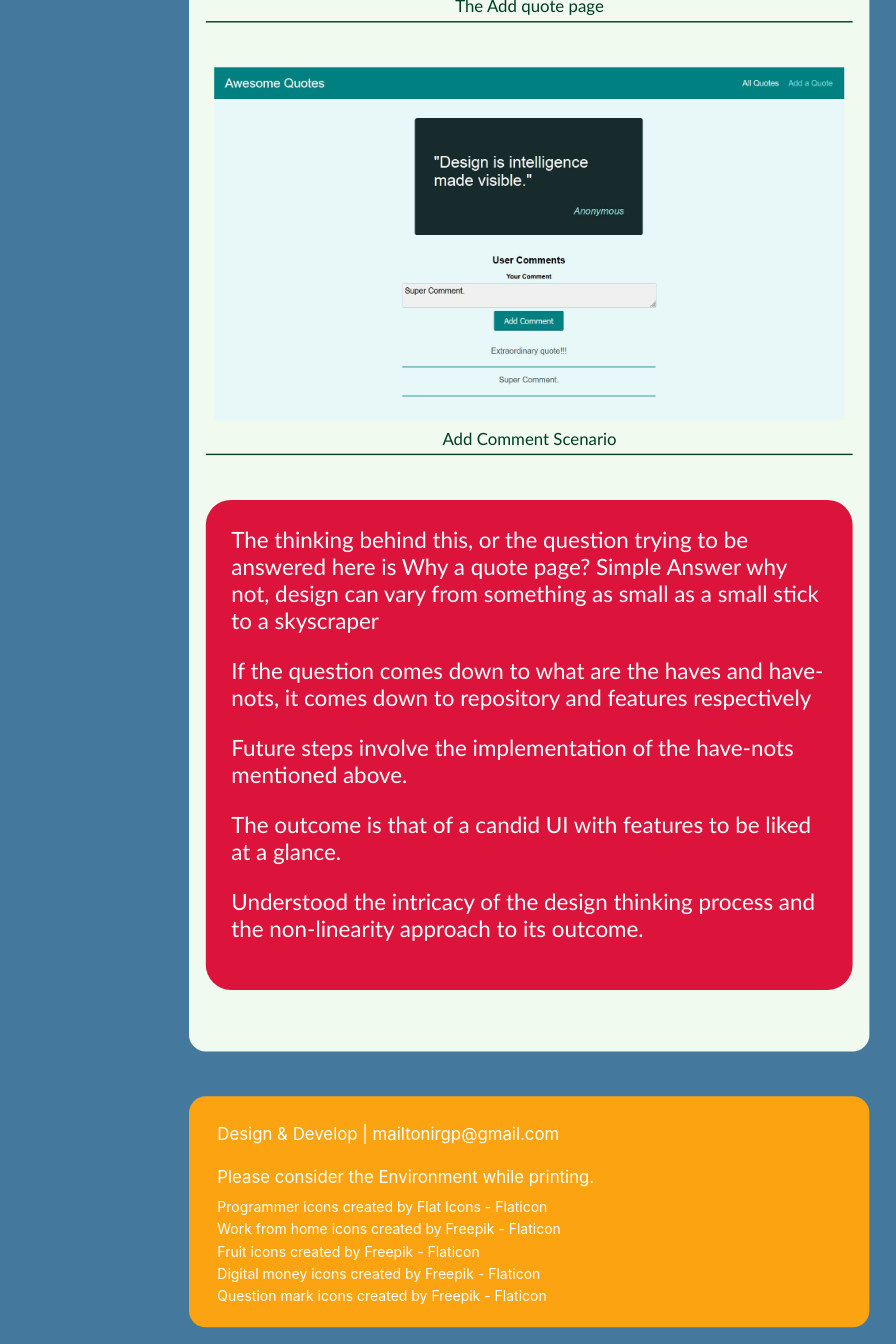
Repository: niranjangp/portfolioReact
Page: /cs-four
These files come from the project's save history. The page is drawn as it stood at one moment and after the next save; the edit follows.
The browser window is 1280 px wide. The pictures show the part of the page from y = 1423 to 3343 px (the page is 3343 px tall), at 70% of full size.
The project was rebuilt for these pictures with package versions that can differ from the ones it lists, and the page was loaded fresh each time. Also part of the build but not shown: src/pages/enterDesign.jsx, src/pages/csOne.jsx, src/pages/csTwo.jsx, src/pages/csThree.jsx, src/pages/notFound.jsx.

Above is the page before, as saved 2022-02-02 01:57:32.

After the next save:
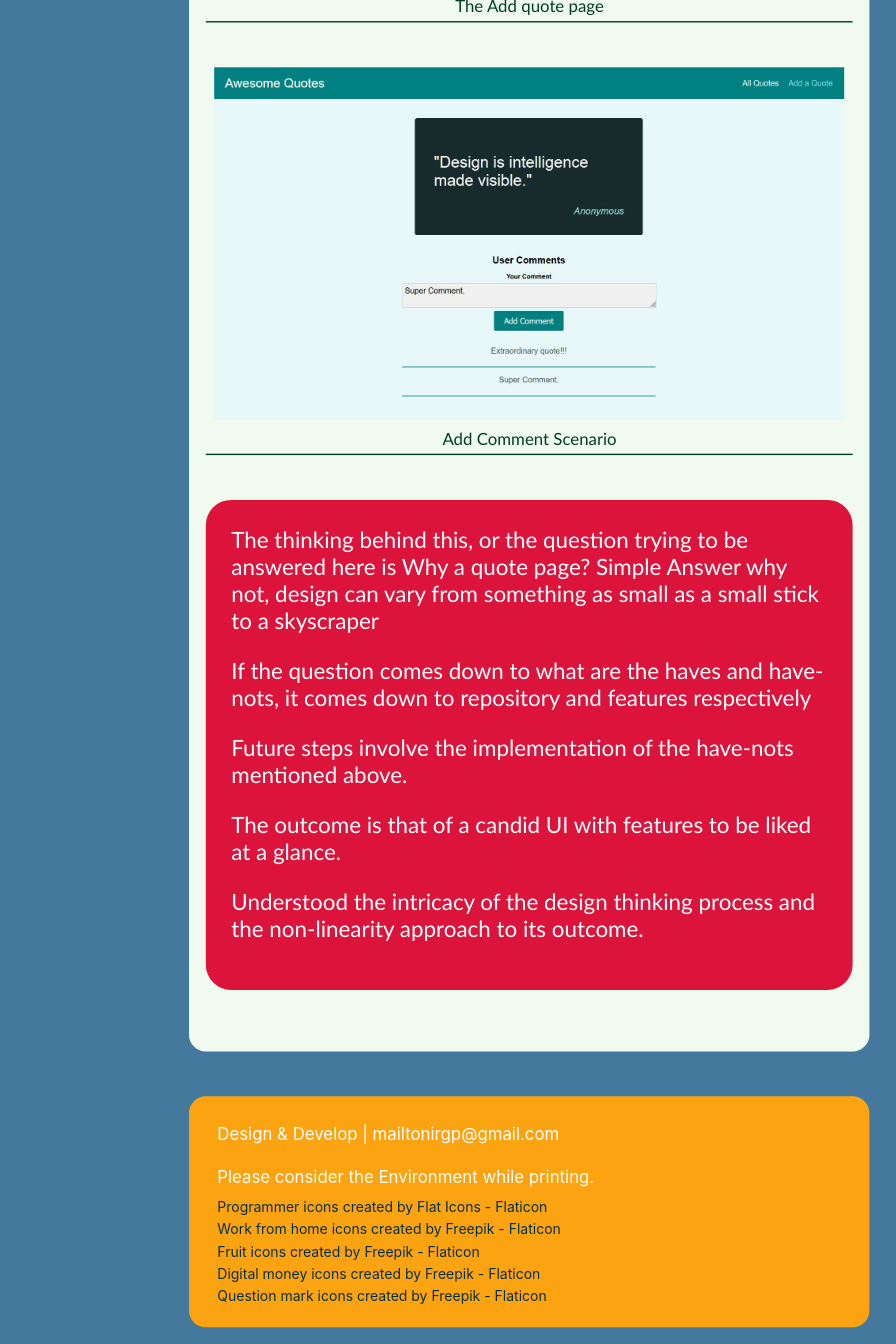
Saved 55 s later.
--- a/src/App.css
+++ b/src/App.css
@@ -179,7 +179,7 @@ footer {
   display: block;
   padding-bottom: 8px;
   font-size: 20px;
-  color: #fff;
+  color: #023047;
 }
 
 .csOne {
